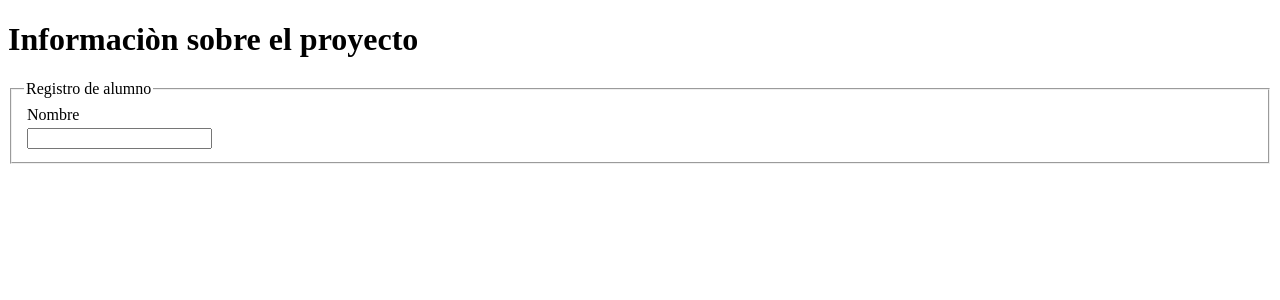
Repository: hoscanoa/Clases-LPII
Page: LPIISemana01/LPII-Semana01/WebContent/inicio.html
An editor plug-in stored every save of this project. The page is shown before and after the next save, followed by the edit.
The browser window is 1280 px wide. The pictures show the whole page.

Above is the page before, as saved 2014-09-18 21:58:54.

### LPIISemana01/LPII-Semana01/WebContent/inicio.html
<!DOCTYPE html PUBLIC "-//W3C//DTD HTML 4.01 Transitional//EN" "http://www.w3.org/TR/html4/loose.dtd">
<html>
<head>
<meta http-equiv="Content-Type" content="text/html; charset=ISO-8859-1">
<title>Insert title here</title>
</head>
<body>
	<h1>Informaciòn sobre el proyecto</h1>
	<form action="">
		<fieldset>
			<legend>Registro de alumno</legend>
			<table>
				<tr>
				<td>Nombre</td>
				</tr>
				<tr>
					<td><input type="text" name="nombre"></td>
				</tr>
			</table>
		</fieldset>
	</form>

</body>
</html>

After the next save:
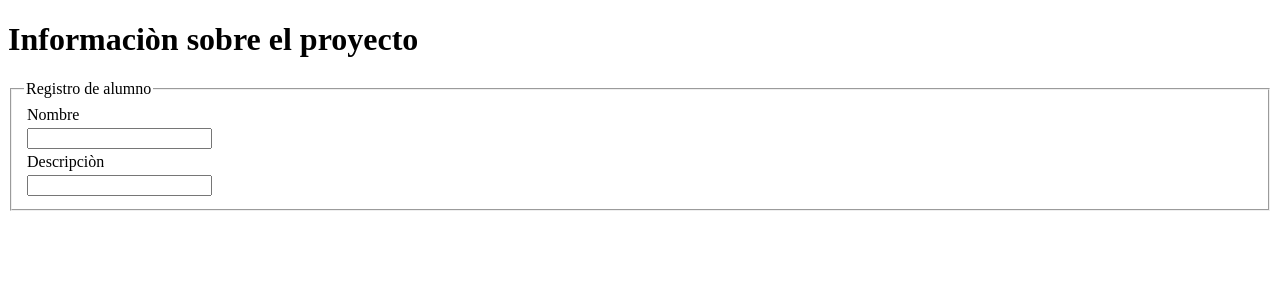
Saved 32 s later.
--- a/LPIISemana01/LPII-Semana01/WebContent/inicio.html
+++ b/LPIISemana01/LPII-Semana01/WebContent/inicio.html
@@ -16,6 +16,12 @@
 				<tr>
 					<td><input type="text" name="nombre"></td>
 				</tr>
+				<tr>
+				<td>Descripciòn</td>
+				</tr>
+				<tr>
+					<td><input type="text" name="descripcion"></td>
+				</tr>
 			</table>
 		</fieldset>
 	</form>
